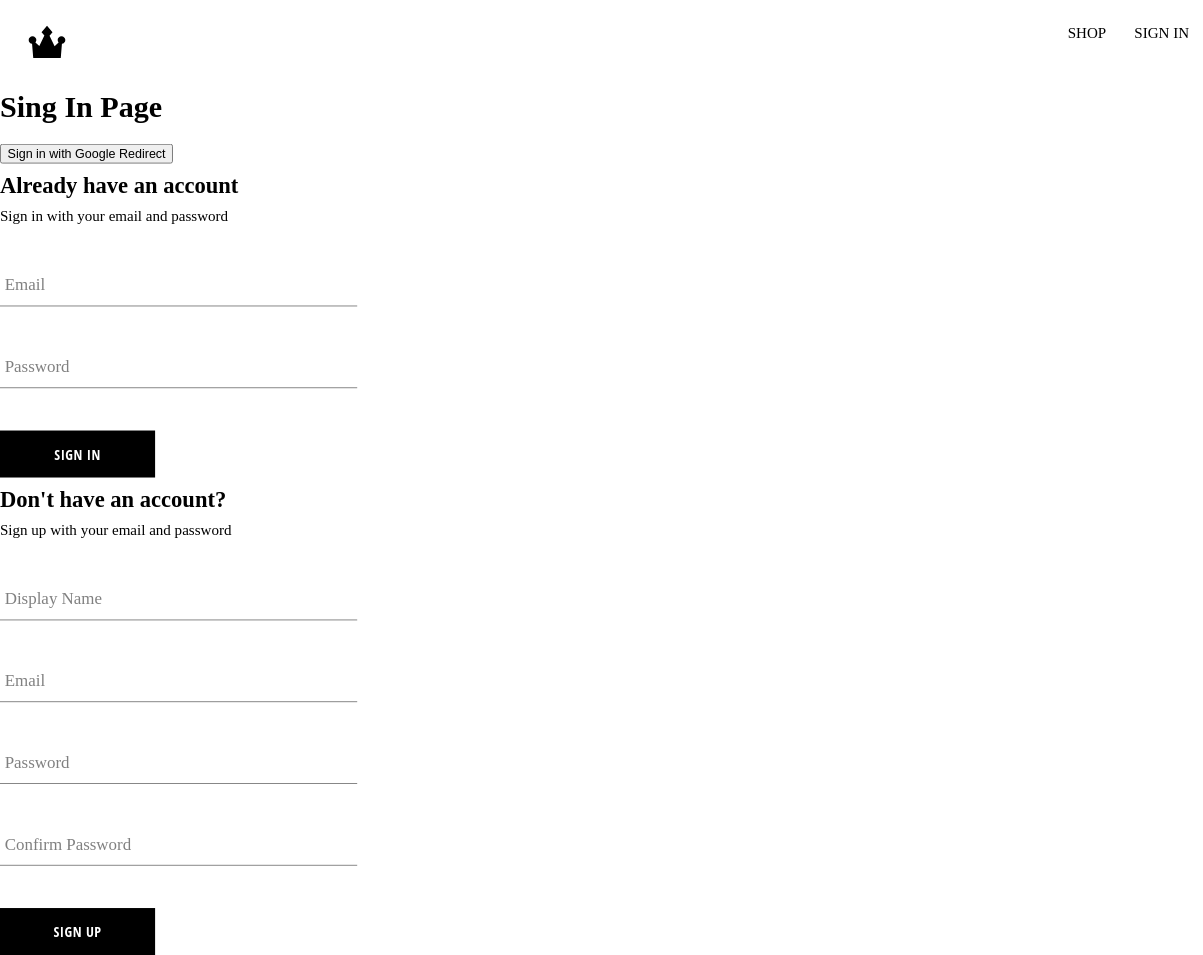
Repository: Chadi2000/crwn-clothing
Page: /auth
The author's editor kept a copy of each file at every save. The page is drawn from the files as they stood at one save, then again after the next save.
The browser window is 1280 px wide. The pictures show the whole page, at 94% of full size.
The project was rebuilt for these pictures with package versions that can differ from the ones it lists, and the page was loaded fresh each time. Also part of the build but not shown: src/categories.styles.scss, src/components/category-item/category-item.styles.scss, src/components/category-item/category-item.component.jsx, src/components/directory/directory.styles.scss, src/components/directory/directory.component.js, src/routes/home/home.component.jsx.

Above is the page before, as saved 2024-02-12 23:06:07.

After the next save:
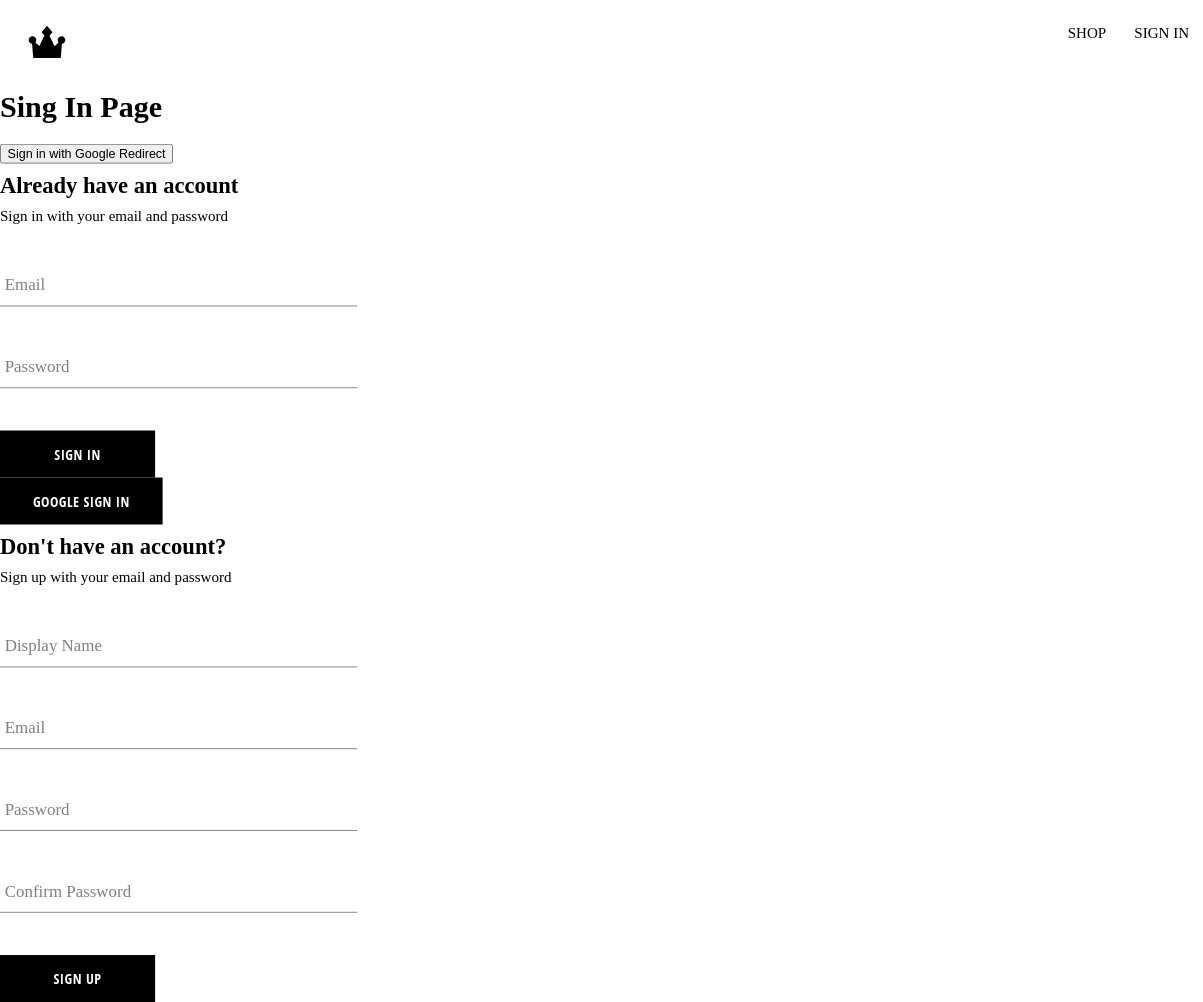
Saved 7 min 40 s later.
--- a/src/components/sign-in-form/sign-in-form.component.jsx
+++ b/src/components/sign-in-form/sign-in-form.component.jsx
@@ -21,7 +21,7 @@ const SignInForm =() =>{
         setFormFields(defaultFormFields);
     }
 
-    const signInWuthGoogle = async () =>{
+    const signInWithGoogle = async () =>{
         const { user }= await signInWithGooglePopup();
         await createUserDocumentFromAuth(user)
     }
@@ -80,6 +80,7 @@ const SignInForm =() =>{
 
 
                 <Button type="submit">Sign In</Button>
+                <Button onclick={signInWithGoogle}>Google Sign In</Button>
             </form>
         </div>
     )
